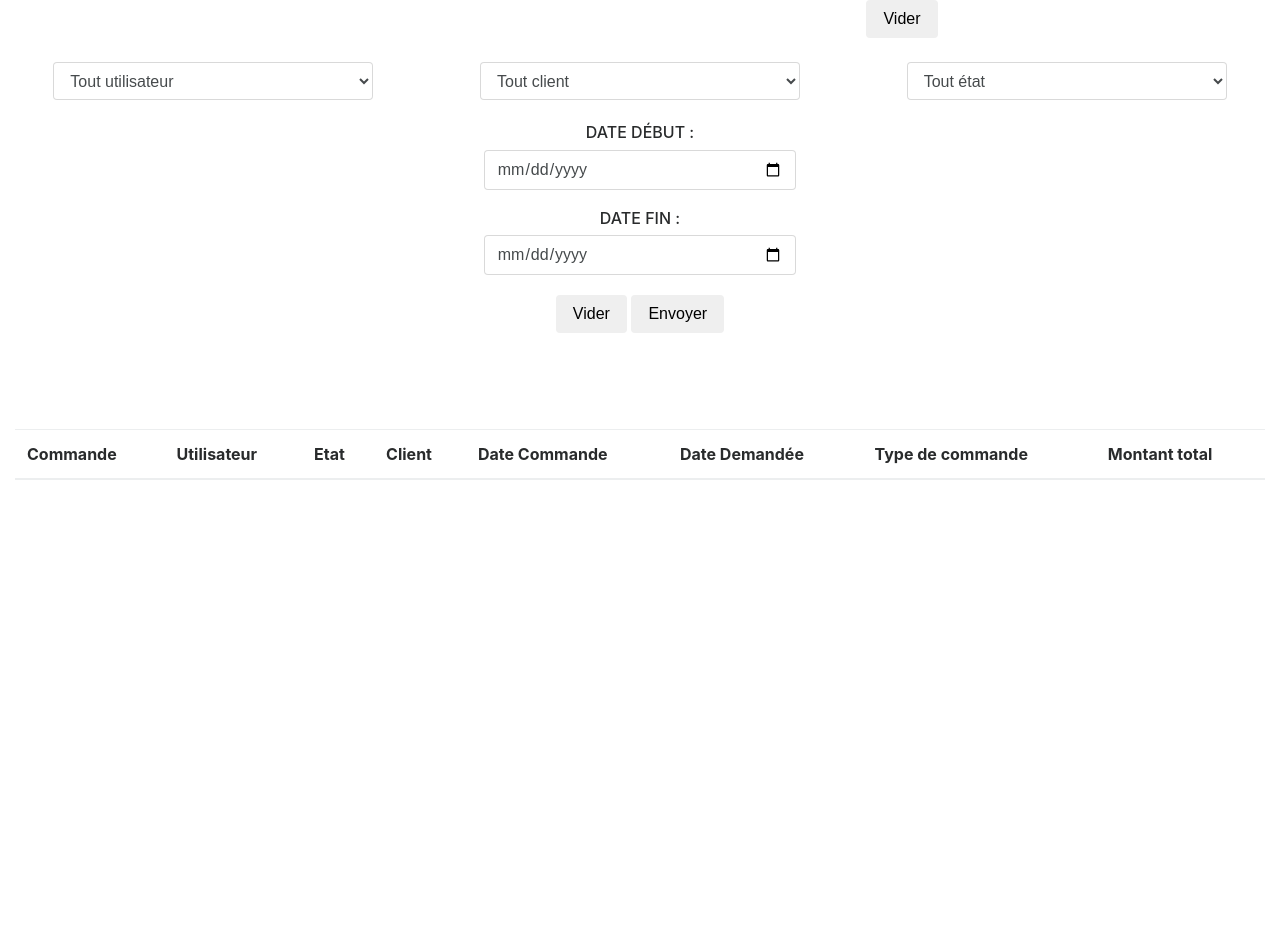
Repository: vmele/Cote
Page: http://localhost/PPE4_VMELE/reporting.jsp
The author's editor kept a copy of each file at every save. The page is drawn from the files as they stood at one save, then again after the next save.
The browser window is 1280 px wide. The pictures show the whole page.
Some web libraries are served in a nearby version. The page is served by Tomcat 9. Queries for data that is not in the repository find no rows.

Above is the page before, as saved 2017-06-06 12:21:46.
Console error (its wording comes from the project's code and is left out).

After the next save:
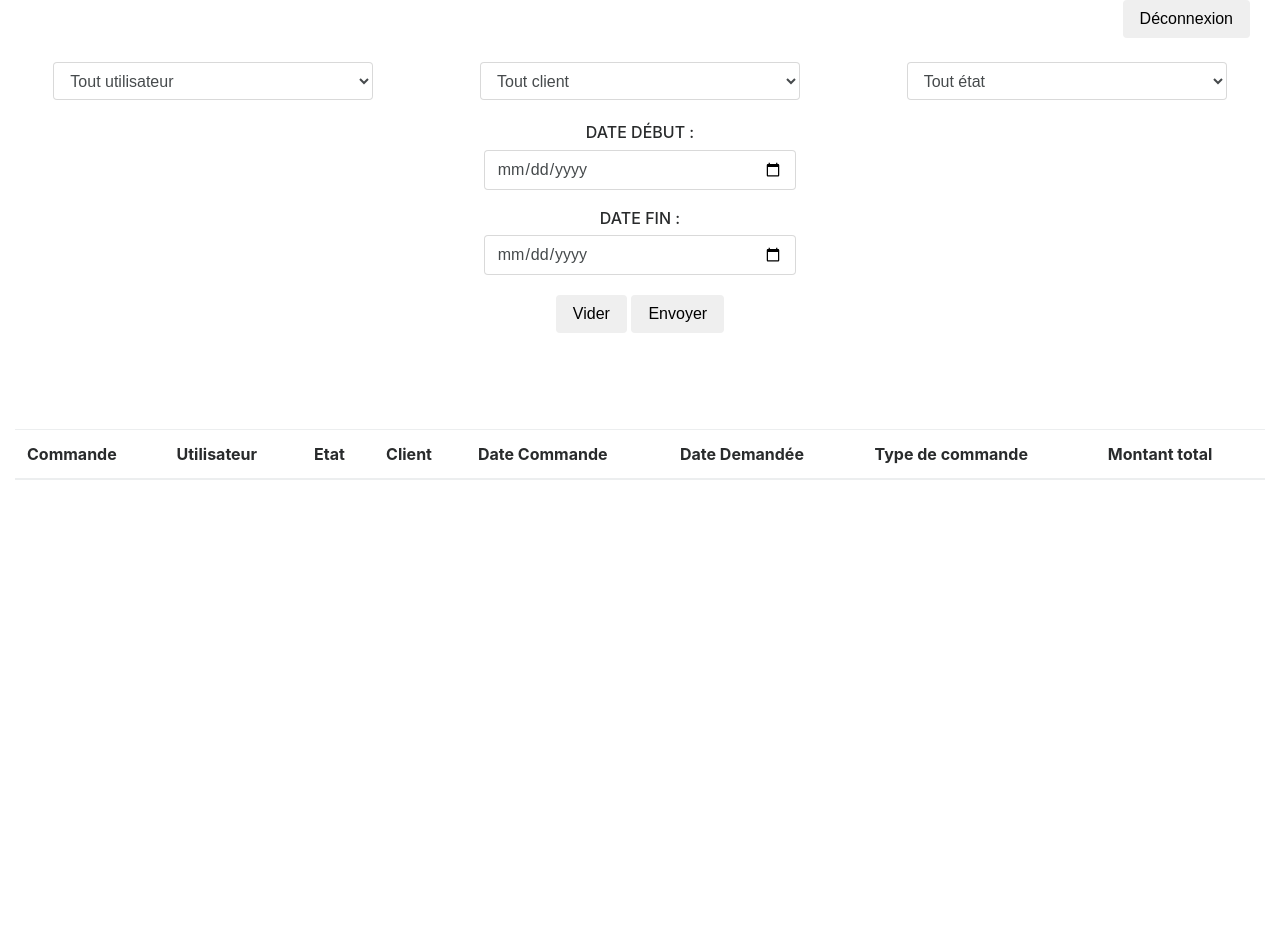
Saved 20 s later.
--- a/Workspace/PPE4_VMELE/WebContent/reporting.jsp
+++ b/Workspace/PPE4_VMELE/WebContent/reporting.jsp
@@ -35,9 +35,9 @@
 
 	<div class="container-fluid">
 
-		<div class="col-md-9  text-right">
-			<button id="searchListe" onclick="viderInfos()" type="button"
-				class="btn">Vider</button>
+		<div class="col-md-12  text-right">
+			<button id="deconnexion" type="button"
+				class="btn">Déconnexion</button>
 		</div>
 
 		<br>
